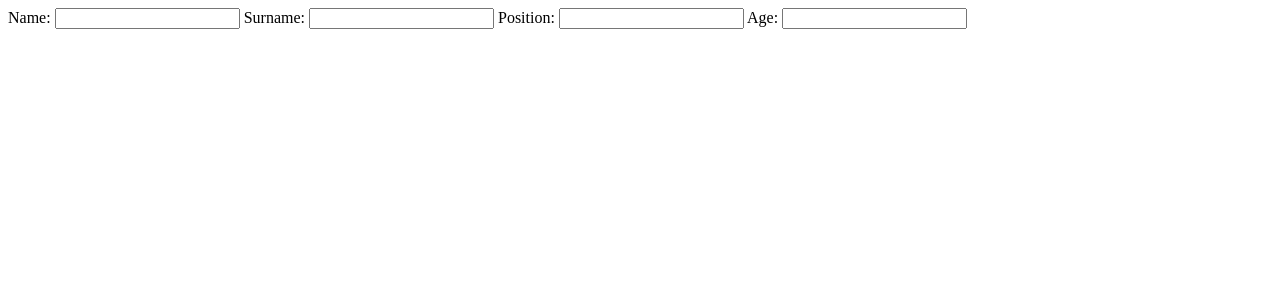
Repository: AytacSafarova/Form-lesson
Page: index.html
These files come from the project's save history. The page is drawn as it stood at one moment and after the next save; the edit follows.
The browser window is 1280 px wide. The pictures show the whole page.

Above is the page before, as saved 2023-08-29 14:28:57.

### index.html
<!DOCTYPE html>
<html lang="en">
<head>
    <meta charset="UTF-8">
    <meta name="viewport" content="width=device-width, initial-scale=1.0">
    <title>Document</title>
    <link rel="stylesheet" href="./index.css">
</head>
<body>
    <div>
        <form action="https://randomuser.me/api/">
            <label for="">
                Name:
                <input type="text">
            </label>
            <label for="">
                Surname:
                <input type="text">
            </label>
            <label for="">
                Position:
                <input type="text">
            </label>
            <label for="">
                Age:
                <input type="number">
            </label>
            <label for="">

            </label>
        </form>
    </div>
</body>
</html>

Loaded but not shown: index.css (no stored copy; drawn as an empty file)

After the next save:
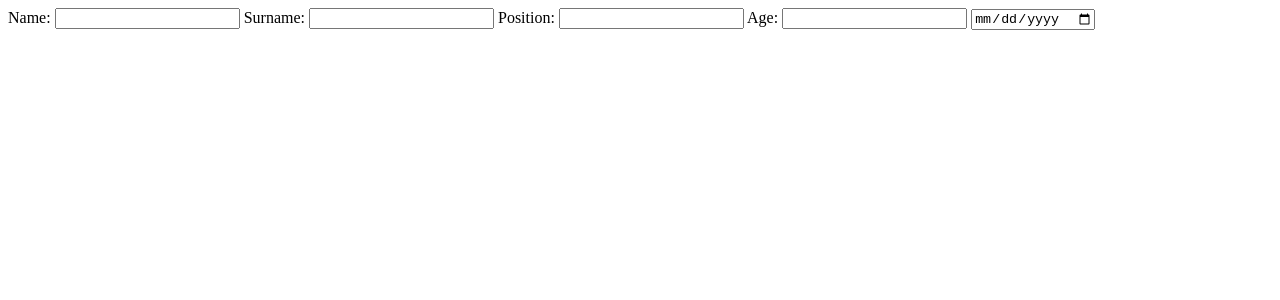
Saved 7 s later.
--- a/index.html
+++ b/index.html
@@ -26,7 +26,7 @@
                 <input type="number">
             </label>
             <label for="">
-
+                <input type="date">
             </label>
         </form>
     </div>
